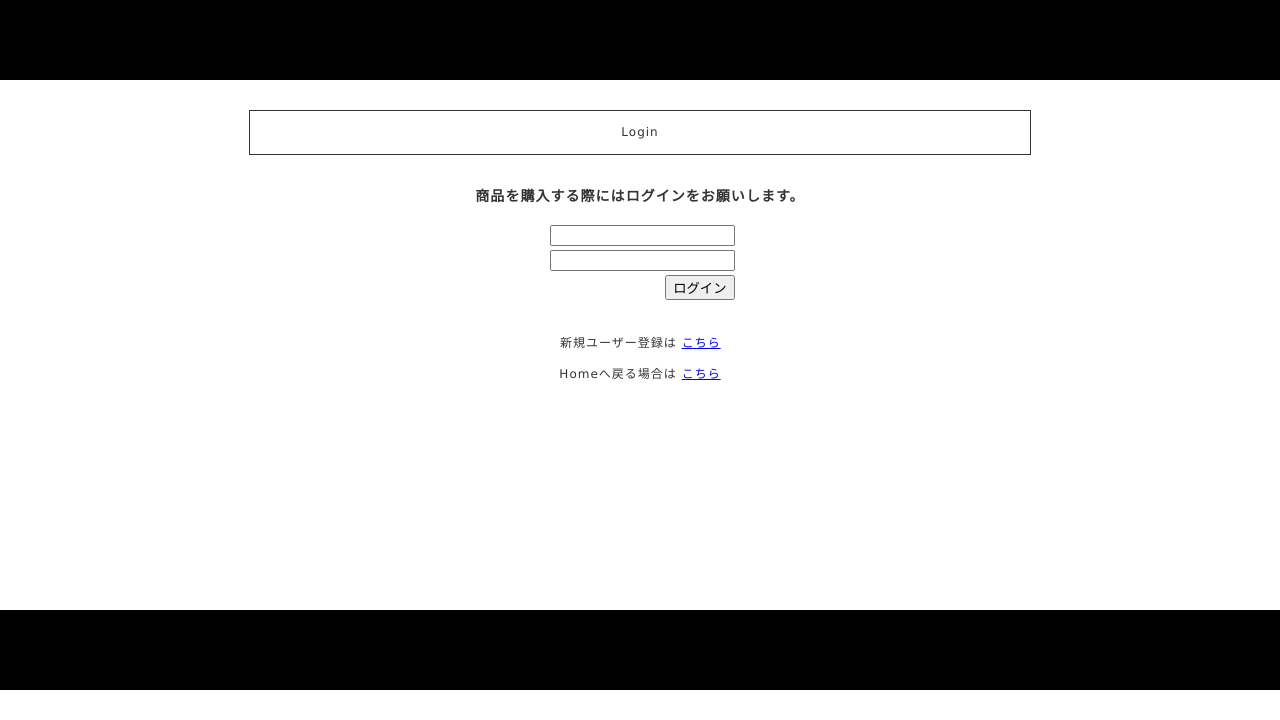
Repository: REDsky96/test
Page: http://localhost/ecsite/HomeAction.action
These files come from the project's save history. The page is drawn as it stood at one moment and after the next save; the edit follows.
The browser window is 1280 px wide. The pictures show the whole page.
The page is served by Tomcat 9.

Above is the page before, as saved 2018-11-07 08:10:05.

After the next save:
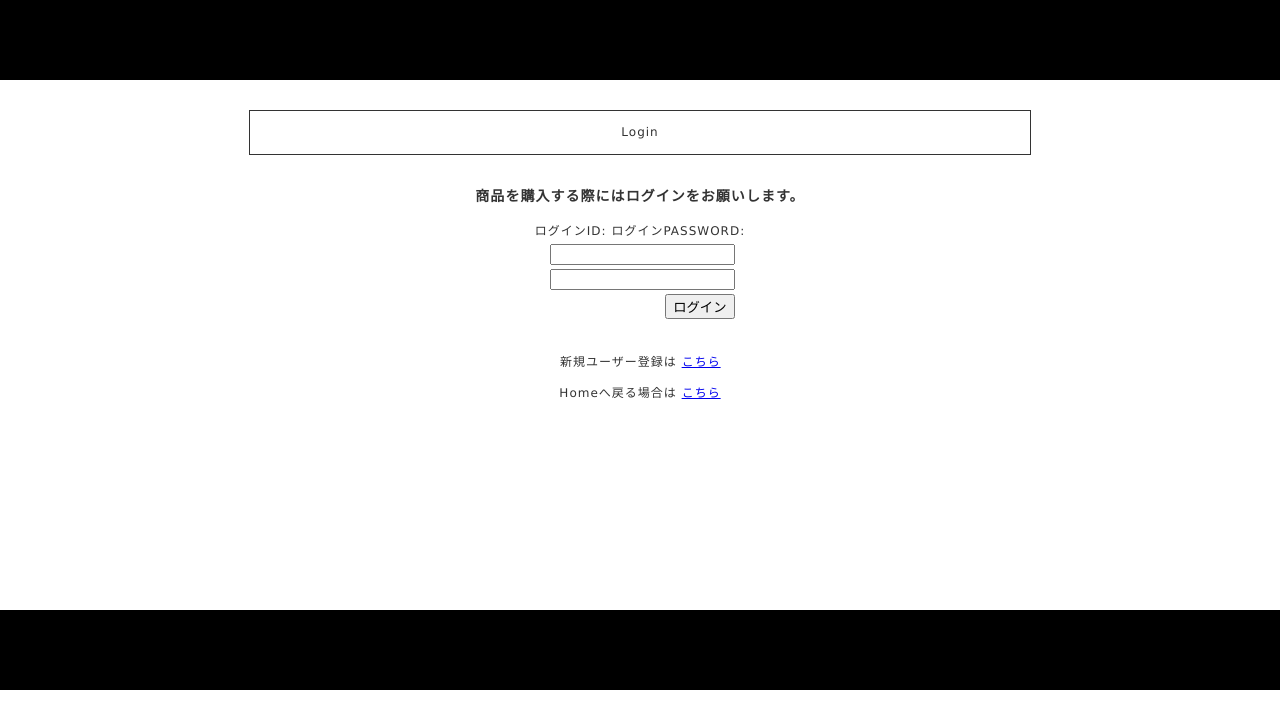
Saved 14 min 17 s later.
--- a/ecsite/WebContent/login.jsp
+++ b/ecsite/WebContent/login.jsp
@@ -77,8 +77,8 @@
     <div>
       <h3>商品を購入する際にはログインをお願いします。</h3>
         <s:form action = "LoginAction">
-          <s:textfield name = "loginUserId"/>
-          <s:password name = "loginPassword"/>
+          ログインID:<s:textfield name = "loginUserId"/>
+          ログインPASSWORD:<s:password name = "loginPassword"/>
           <s:submit value = "ログイン"/>
         </s:form>
         <br/>
